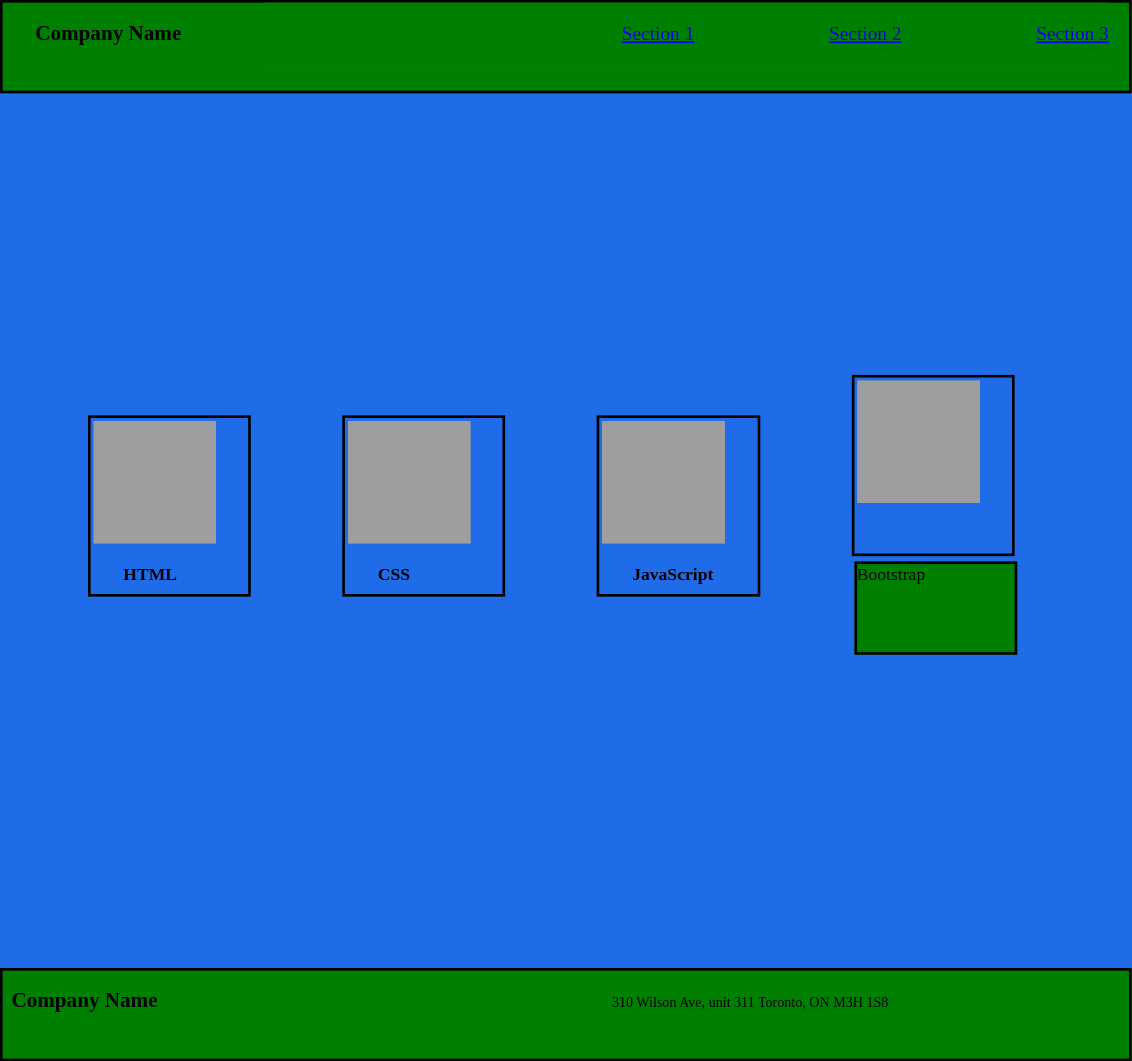
Repository: helloneibor/Project2
Page: section1.html
The author's editor kept a record of every edit. The page is drawn from the files as they stood at one moment, then again after the next edit.
The browser window is 1280 px wide. The page is 1286 px wide, so the pictures cover 1286 px, including what lies to the right of the window. The pictures show the whole page, at 88% of full size.
Pictures or frames that could not be fetched are drawn as grey boxes.

Above is the page before.

After the next edit:
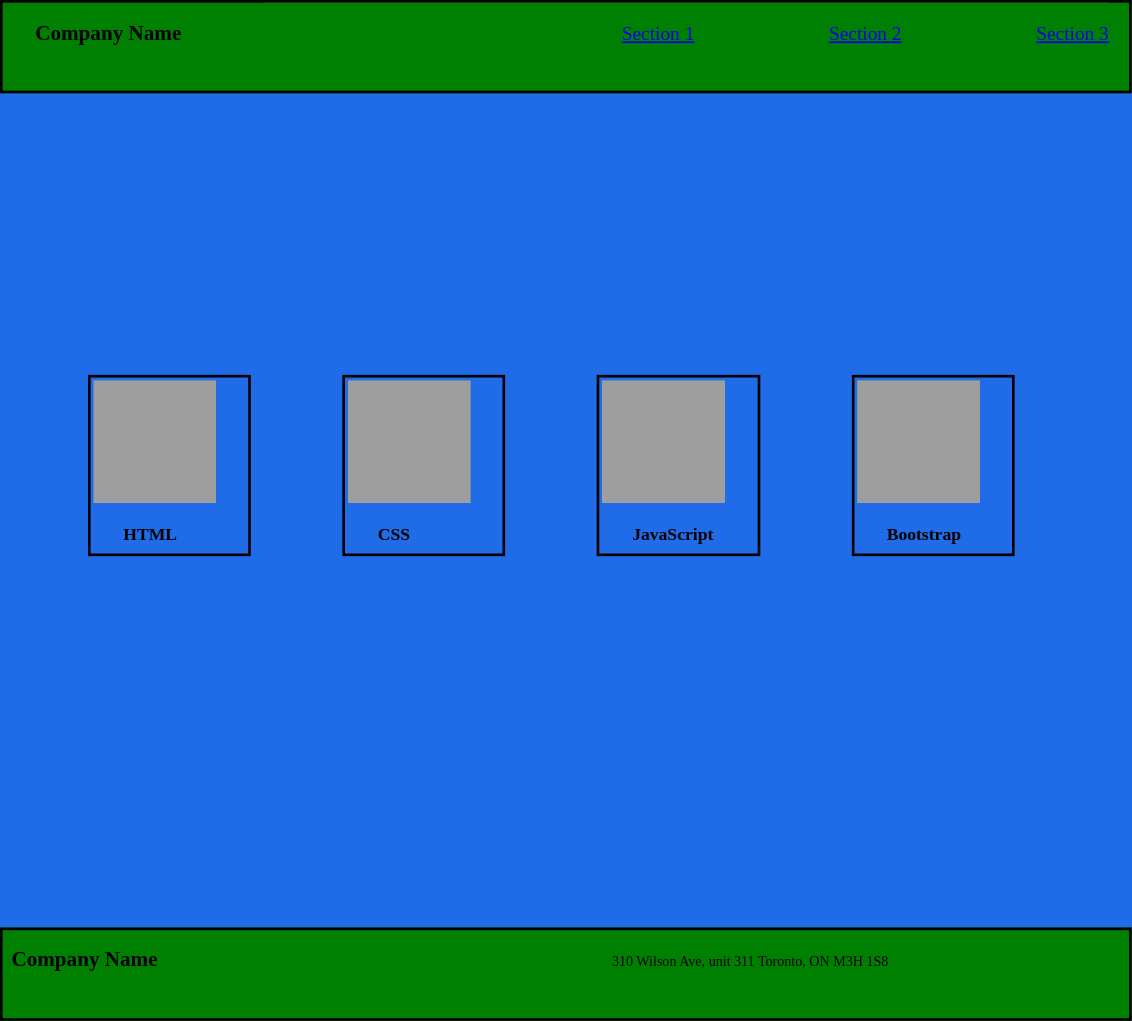
The edit:
--- a/section1.html
+++ b/section1.html
@@ -41,7 +41,7 @@
                         <a href="https://getbootstrap.com/" target=_blank>
                         <img class="img_one" src="https://upload.wikimedia.org/wikipedia/commons/e/ea/Boostrap_logo.svg" alt="https://getbootstrap.com/L"></img>
                         </a>
-                            <footer class="div_foot"> Bootstrap </footer>
+                            <h2 class="div_foot"> Bootstrap </footer>
                     </div>
                 </section>
                         <footer>
